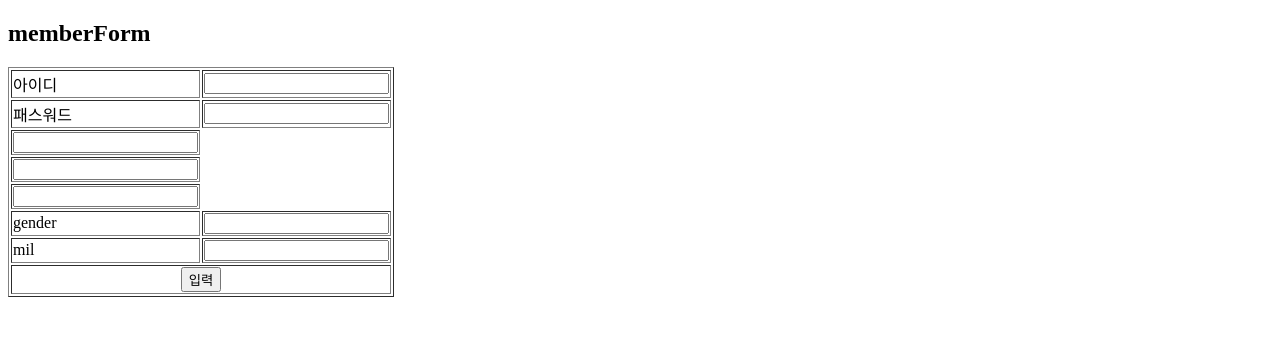
Repository: Yousehyeon/spring_work
Page: stsMvcProj/src/main/webapp/views/req/memberForm.html
The author's editor kept a copy of each file at every save. The page is drawn from the files as they stood at one save, then again after the next save.
The browser window is 1280 px wide. The pictures show the whole page.

Above is the page before, as saved 2023-08-18 07:12:16.

After the next save:
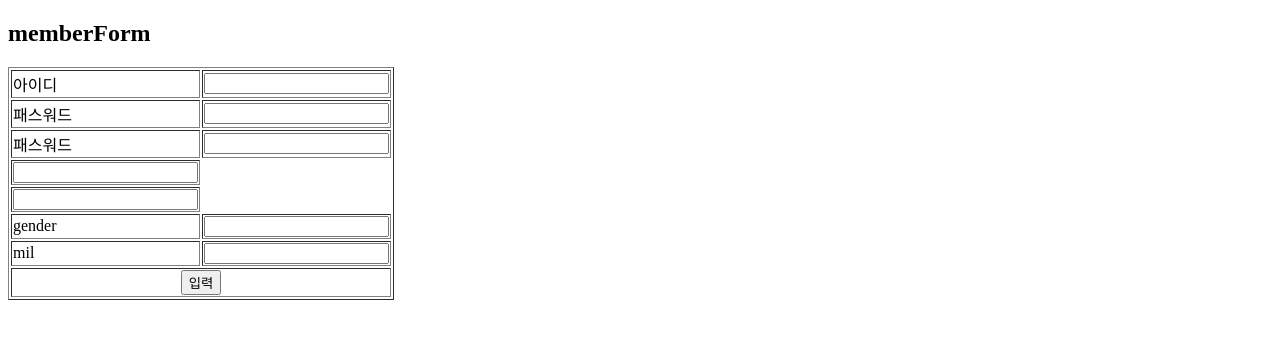
Saved 6 s later.
--- a/stsMvcProj/src/main/webapp/views/req/memberForm.html
+++ b/stsMvcProj/src/main/webapp/views/req/memberForm.html
@@ -17,6 +17,7 @@
 			<td><input type="password" name="passwd" /></td>
 		</tr>
 		<tr>
+			<td>패스워드</td>
 			<td><input type="text" name="jum" /></td>
 		</tr>
 		<tr>
